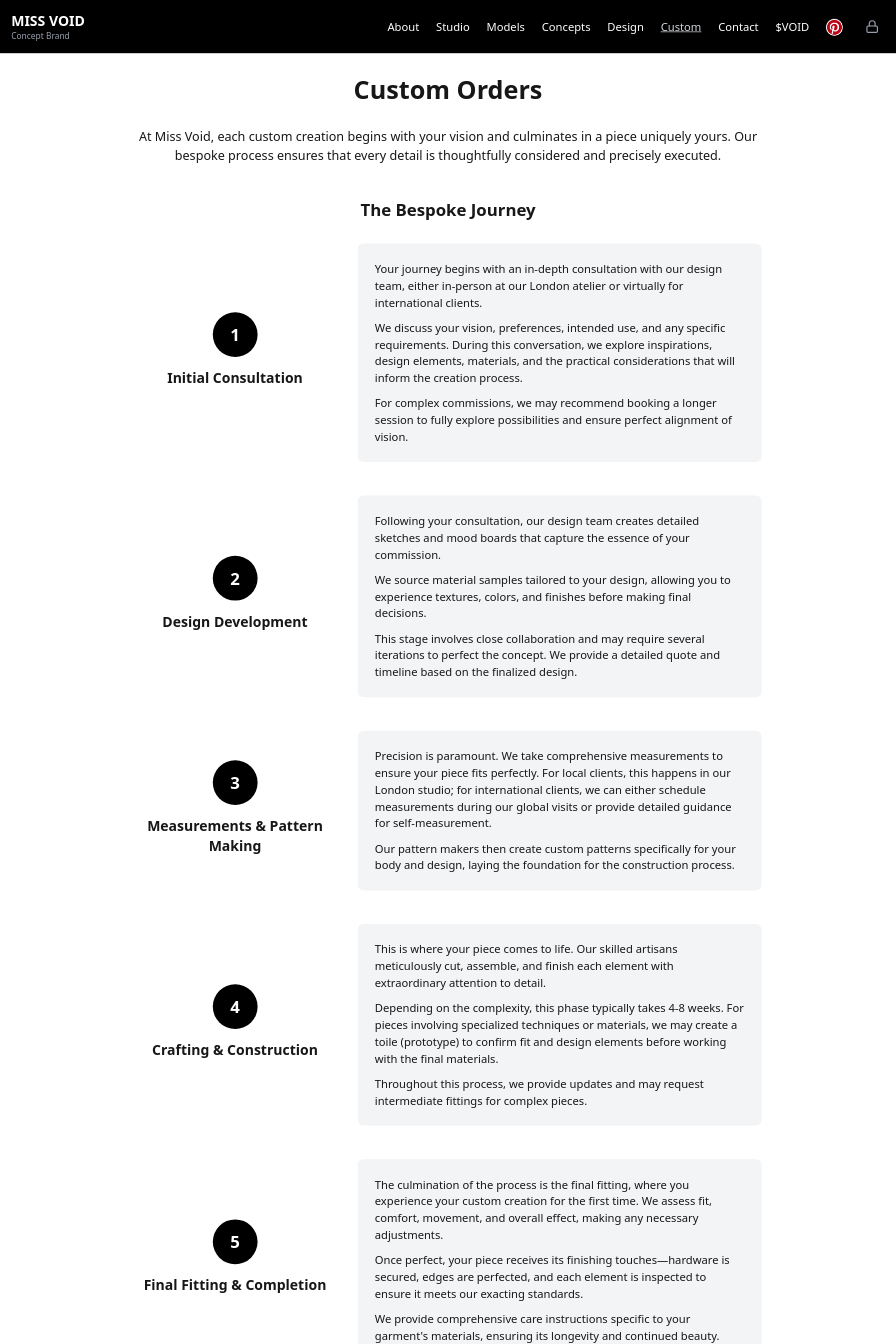
Repository: b0ase/missvoid2
Page: /custom
These files come from the project's save history. The page is drawn as it stood at one moment and after the next save; the edit follows.
The browser window is 1280 px wide. The pictures show the part of the page from y = 0 to 1920 px (the page is 2580 px tall), at 70% of full size.
The project was rebuilt for these pictures with package versions that can differ from the ones it lists, and the page was loaded fresh each time. The framework's server and built-in components were replaced by stand-ins that run in the browser. Also part of the build but not shown: next.config.js.

Above is the page before, as saved 2025-05-08 20:00:12.

### src/app/layout.tsx
import "./globals.css";
import type { Metadata } from "next";
import { Inter } from "next/font/google";
import Script from "next/script";
import Navigation from "./components/Navigation";
import { DevModeProvider } from "./context/DevModeContext";

const inter = Inter({
  subsets: ["latin"],
  variable: "--font-inter",
});

export const metadata: Metadata = {
  title: "MISS VOID Gallery",
  description: "Gallery of MISS VOID images and collections",
  other: {
    "content-security-policy": "default-src 'self'; img-src 'self' data: blob: https:; script-src 'self' 'unsafe-eval' 'unsafe-inline' blob: https://vercel.live https://*.vercel.app; style-src 'self' 'unsafe-inline'; font-src 'self'; connect-src 'self' ws: wss: https://api.stability.ai https://*.vercel.app; worker-src 'self' blob:;"
  }
};

export default function RootLayout({
  children,
}: {
  children: React.ReactNode;
}) {
  return (
    <html lang="en">
      <body className={`${inter.variable} antialiased min-h-screen flex flex-col`}>
        <DevModeProvider>
          <Navigation />
          <main className="flex-grow">
            {children}
          </main>
          <footer className="bg-black text-white py-4 text-center text-sm">
            <div className="container mx-auto px-4">
              <p>© {new Date().getFullYear()} MISS VOID. All rights reserved.</p>
            </div>
          </footer>
        </DevModeProvider>
        <Script src="/csp-bypass.js" strategy="beforeInteractive" />
      </body>
    </html>
  );
}

### src/app/custom/page.tsx
"use client";

import Link from 'next/link';

export default function CustomOrdersPage() {
  return (
    <div className="container mx-auto px-4 py-8">
      <h1 className="text-4xl font-bold mb-8 text-center">Custom Orders</h1>

      <div className="max-w-4xl mx-auto">
        <p className="text-lg text-center mb-12">
          At Miss Void, each custom creation begins with your vision and culminates in a piece uniquely yours.
          Our bespoke process ensures that every detail is thoughtfully considered and precisely executed.
        </p>

        <div className="mb-16">
          <h2 className="text-2xl font-bold mb-8 text-center">The Bespoke Journey</h2>

          <div className="space-y-12">
            <div className="flex flex-col md:flex-row gap-8 items-center">
              <div className="md:w-1/3">
                <div className="bg-black text-white rounded-full w-16 h-16 flex items-center justify-center mx-auto mb-4">
                  <span className="text-2xl font-bold">1</span>
                </div>
                <h3 className="text-xl font-semibold text-center mb-2">Initial Consultation</h3>
              </div>
              <div className="md:w-2/3 bg-gray-100 dark:bg-gray-900 p-6 rounded-lg">
                <p className="mb-3">
                  Your journey begins with an in-depth consultation with our design team, either in-person at our London atelier or virtually for international clients.
                </p>
                <p className="mb-3">
                  We discuss your vision, preferences, intended use, and any specific requirements. During this conversation, we explore inspirations, design elements, materials, and the practical considerations that will inform the creation process.
                </p>
                <p>
                  For complex commissions, we may recommend booking a longer session to fully explore possibilities and ensure perfect alignment of vision.
                </p>
              </div>
            </div>

            <div className="flex flex-col md:flex-row gap-8 items-center">
              <div className="md:w-1/3">
                <div className="bg-black text-white rounded-full w-16 h-16 flex items-center justify-center mx-auto mb-4">
                  <span className="text-2xl font-bold">2</span>
                </div>
                <h3 className="text-xl font-semibold text-center mb-2">Design Development</h3>
              </div>
              <div className="md:w-2/3 bg-gray-100 dark:bg-gray-900 p-6 rounded-lg">
                <p className="mb-3">
                  Following your consultation, our design team creates detailed sketches and mood boards that capture the essence of your commission.
                </p>
                <p className="mb-3">
                  We source material samples tailored to your design, allowing you to experience textures, colors, and finishes before making final decisions.
                </p>
                <p>
                  This stage involves close collaboration and may require several iterations to perfect the concept. We provide a detailed quote and timeline based on the finalized design.
                </p>
              </div>
            </div>

            <div className="flex flex-col md:flex-row gap-8 items-center">
              <div className="md:w-1/3">
                <div className="bg-black text-white rounded-full w-16 h-16 flex items-center justify-center mx-auto mb-4">
                  <span className="text-2xl font-bold">3</span>
                </div>
                <h3 className="text-xl font-semibold text-center mb-2">Measurements & Pattern Making</h3>
              </div>
              <div className="md:w-2/3 bg-gray-100 dark:bg-gray-900 p-6 rounded-lg">
                <p className="mb-3">
                  Precision is paramount. We take comprehensive measurements to ensure your piece fits perfectly. For local clients, this happens in our London studio; for international clients, we can either schedule measurements during our global visits or provide detailed guidance for self-measurement.
                </p>
                <p>
                  Our pattern makers then create custom patterns specifically for your body and design, laying the foundation for the construction process.
                </p>
              </div>
            </div>

            <div className="flex flex-col md:flex-row gap-8 items-center">
              <div className="md:w-1/3">
                <div className="bg-black text-white rounded-full w-16 h-16 flex items-center justify-center mx-auto mb-4">
                  <span className="text-2xl font-bold">4</span>
                </div>
                <h3 className="text-xl font-semibold text-center mb-2">Crafting & Construction</h3>
              </div>
              <div className="md:w-2/3 bg-gray-100 dark:bg-gray-900 p-6 rounded-lg">
                <p className="mb-3">
                  This is where your piece comes to life. Our skilled artisans meticulously cut, assemble, and finish each element with extraordinary attention to detail.
                </p>
                <p className="mb-3">
                  Depending on the complexity, this phase typically takes 4-8 weeks. For pieces involving specialized techniques or materials, we may create a toile (prototype) to confirm fit and design elements before working with the final materials.
                </p>
                <p>
                  Throughout this process, we provide updates and may request intermediate fittings for complex pieces.
                </p>
              </div>
            </div>

            <div className="flex flex-col md:flex-row gap-8 items-center">
              <div className="md:w-1/3">
                <div className="bg-black text-white rounded-full w-16 h-16 flex items-center justify-center mx-auto mb-4">
                  <span className="text-2xl font-bold">5</span>
                </div>
                <h3 className="text-xl font-semibold text-center mb-2">Final Fitting & Completion</h3>
              </div>
              <div className="md:w-2/3 bg-gray-100 dark:bg-gray-900 p-6 rounded-lg">
                <p className="mb-3">
                  The culmination of the process is the final fitting, where you experience your custom creation for the first time. We assess fit, comfort, movement, and overall effect, making any necessary adjustments.
                </p>
                <p className="mb-3">
                  Once perfect, your piece receives its finishing touches—hardware is secured, edges are perfected, and each element is inspected to ensure it meets our exacting standards.
                </p>
                <p>
                  We provide comprehensive care instructions specific to your garment's materials, ensuring its longevity and continued beauty.
                </p>
              </div>
            </div>
          </div>
        </div>

        <div className="mb-12">
          <h2 className="text-2xl font-bold mb-6">Investment & Timing</h2>
          <div className="bg-gray-100 dark:bg-gray-900 p-6 rounded-lg">
            <p className="mb-4">
              Each Miss Void creation is unique, with pricing reflecting the complexity of design, materials selected, and time required for construction. As a general guide:
            </p>
            <ul className="list-disc pl-6 mb-4 space-y-2">
              <li>Bespoke accessories begin at £500</li>
              <li>Custom garments begin at £2,000</li>
              <li>Complete ensembles begin at £5,000</li>
              <li>Complex ceremonial or performance pieces begin at £8,000</li>
            </ul>
            <p className="mb-4">
              A 50% deposit is required to begin the creation process, with the balance due before final delivery.
            </p>
            <p>
              Typical timelines range from 8-12 weeks for most pieces, though complex creations may require longer. Rush services are available for certain items with a premium fee, subject to our current production schedule.
            </p>
          </div>
        </div>

        <div className="text-center">
          <Link
            href="/contact"
            className="inline-block bg-black text-white py-3 px-8 rounded hover:bg-gray-800 transition"
          >
            Begin Your Custom Journey
          </Link>
        </div>
      </div>
    </div>
  );
}

### src/app/globals.css
@import "tailwindcss";

:root {
  --background: #ffffff;
  --foreground: #171717;
}

@theme inline {
  --color-background: var(--background);
  --color-foreground: var(--foreground);
  --font-sans: var(--font-inter);
}

@media (prefers-color-scheme: dark) {
  :root {
    --background: #0a0a0a;
    --foreground: #ededed;
  }
}

body {
  background: var(--background);
  color: var(--foreground);
  font-family: var(--font-sans), Arial, Helvetica, sans-serif;
}

/* Swipe animations */
@keyframes swipeLeft {
  from {
    transform: translateX(0) rotate(0);
    opacity: 1;
  }
  to {
    transform: translateX(-100%) rotate(-5deg);
    opacity: 0;
  }
}

@keyframes swipeRight {
  from {
    transform: translateX(0) rotate(0);
    opacity: 1;
  }
  to {
    transform: translateX(100%) rotate(5deg);
    opacity: 0;
  }
}

@keyframes fadeIn {
  from {
    opacity: 0;
    transform: scale(0.9);
  }
  to {
    opacity: 1;
    transform: scale(1);
  }
}

.swipe-left {
  animation: swipeLeft 0.3s ease-out forwards;
}

.swipe-right {
  animation: swipeRight 0.3s ease-out forwards;
}

.fade-in {
  animation: fadeIn 0.3s ease-out forwards;
}

/* Animation for mobile menu */
.animate-fadeIn {
  animation: fadeIn 0.2s ease-out forwards;
}

/* Removing swipe indicator styles since they're no longer used */

/* Scrollable descriptions on mobile */
.scrollable-description {
  max-height: 50vh; /* Limit height to half the viewport height */
  overflow-y: auto; /* Enable vertical scrolling */
  padding: 1rem; /* Add some padding for better readability */
}

### src/app/context/DevModeContext.tsx
"use client";

import React, { createContext, useContext, useState, ReactNode } from 'react';

interface DevModeContextType {
  isDevMode: boolean;
  toggleDevMode: (password: string) => boolean;
  exitDevMode: () => void;
}

const DevModeContext = createContext<DevModeContextType | undefined>(undefined);

export function DevModeProvider({ children }: { children: ReactNode }) {
  const [isDevMode, setIsDevMode] = useState(false);
  const DEV_PASSWORD = 'MissVoid123';

  const toggleDevMode = (password: string): boolean => {
    if (password === DEV_PASSWORD) {
      setIsDevMode(true);
      return true;
    }
    return false;
  };

  const exitDevMode = () => {
    setIsDevMode(false);
  };

  return (
    <DevModeContext.Provider value={{ isDevMode, toggleDevMode, exitDevMode }}>
      {children}
    </DevModeContext.Provider>
  );
}

export function useDevMode() {
  const context = useContext(DevModeContext);
  if (context === undefined) {
    throw new Error('useDevMode must be used within a DevModeProvider');
  }
  return context;
}

### src/app/components/DevModeToggle.tsx
"use client";

import { useState } from 'react';
import { useDevMode } from '../context/DevModeContext';

export default function DevModeToggle() {
  const { isDevMode, toggleDevMode, exitDevMode } = useDevMode();
  const [isModalOpen, setIsModalOpen] = useState(false);
  const [password, setPassword] = useState('');
  const [error, setError] = useState('');

  const handleToggleModal = () => {
    setIsModalOpen(!isModalOpen);
    setPassword('');
    setError('');
  };

  const handleSubmit = (e: React.FormEvent) => {
    e.preventDefault();
    const success = toggleDevMode(password);
    if (success) {
      setIsModalOpen(false);
      setPassword('');
      setError('');
    } else {
      setError('Incorrect password');
    }
  };

  return (
    <div className="relative">
      <button
        onClick={isDevMode ? exitDevMode : handleToggleModal}
        className="flex items-center justify-center p-2 rounded-full"
        aria-label={isDevMode ? "Exit Dev Mode" : "Enter Dev Mode"}
        title={isDevMode ? "Exit Dev Mode" : "Dev Mode"}
      >
        {/* Padlock Icon */}
        <svg
          xmlns="http://www.w3.org/2000/svg"
          viewBox="0 0 24 24"
          fill="none"
          stroke="currentColor"
          strokeWidth="2"
          strokeLinecap="round"
          strokeLinejoin="round"
          className={`w-5 h-5 ${isDevMode ? "text-red-500" : "text-gray-400"}`}
        >
          {isDevMode ? (
            <>
              <rect x="3" y="11" width="18" height="11" rx="2" ry="2"></rect>
              <path d="M7 11V7a5 5 0 0 1 10 0v4"></path>
              <line x1="12" y1="16" x2="12" y2="16.01"></line>
            </>
          ) : (
            <>
              <rect x="3" y="11" width="18" height="11" rx="2" ry="2"></rect>
              <path d="M7 11V7a5 5 0 0 1 10 0v4"></path>
            </>
          )}
        </svg>

        {isDevMode && (
          <span className="absolute -top-1 -right-1 w-3 h-3 bg-red-500 rounded-full"></span>
        )}
      </button>

      {/* Password Modal */}
      {isModalOpen && !isDevMode && (
        <div className="fixed inset-0 flex items-center justify-center z-50">
          <div className="absolute inset-0 bg-black opacity-50" onClick={handleToggleModal}></div>
          <div className="bg-white p-6 rounded-lg shadow-xl z-10 w-full max-w-sm">
            <h3 className="text-xl font-bold mb-4">Enter Dev Mode</h3>
            <form onSubmit={handleSubmit}>
              <div className="mb-4">
                <label htmlFor="password" className="block text-sm font-medium text-gray-700 mb-1">
                  Password
                </label>
                <input
                  type="password"
                  id="password"
                  value={password}
                  onChange={(e) => setPassword(e.target.value)}
                  className="w-full px-3 py-2 border border-gray-300 rounded-md shadow-sm focus:outline-none focus:ring-2 focus:ring-black"
                  placeholder="Enter password"
                />
                {error && <p className="text-red-500 text-sm mt-1">{error}</p>}
              </div>
              <div className="flex justify-end space-x-3">
                <button
                  type="button"
                  onClick={handleToggleModal}
                  className="px-4 py-2 text-sm font-medium text-gray-700 bg-gray-100 rounded-md hover:bg-gray-200 focus:outline-none focus:ring-2 focus:ring-offset-2 focus:ring-gray-500"
                >
                  Cancel
                </button>
                <button
                  type="submit"
                  className="px-4 py-2 text-sm font-medium text-white bg-black rounded-md hover:bg-gray-800 focus:outline-none focus:ring-2 focus:ring-offset-2 focus:ring-black"
                >
                  Enter
                </button>
              </div>
            </form>
          </div>
        </div>
      )}
    </div>
  );
}

Loaded but not shown: public/csp-bypass.js (17 lines, source omitted); src/app/components/Navigation.tsx (187 lines, source omitted)

After the next save:
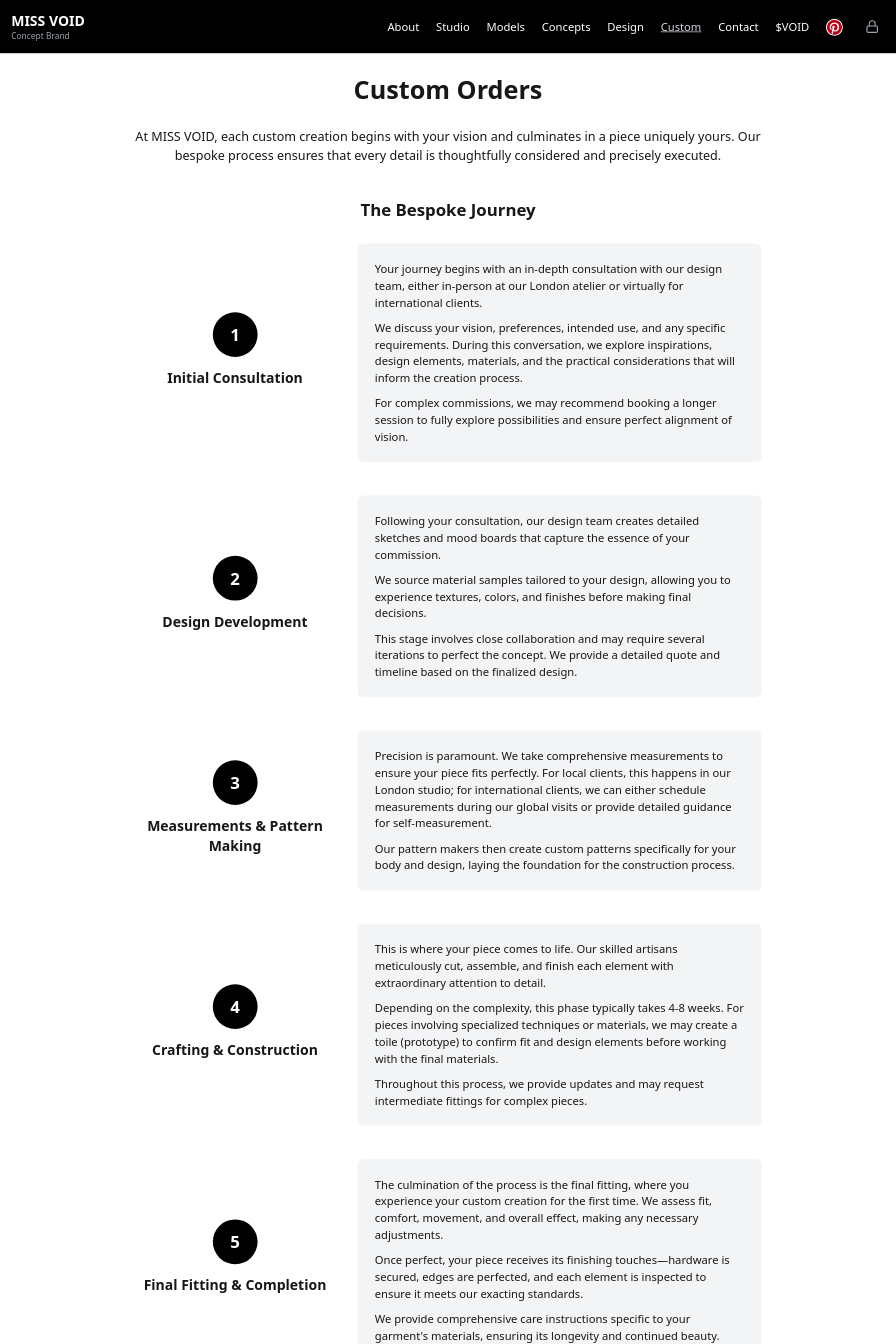
Saved 54 s later.
--- a/src/app/custom/page.tsx
+++ b/src/app/custom/page.tsx
@@ -9,7 +9,7 @@
 
       <div className="max-w-4xl mx-auto">
         <p className="text-lg text-center mb-12">
-          At Miss Void, each custom creation begins with your vision and culminates in a piece uniquely yours.
+          At MISS VOID, each custom creation begins with your vision and culminates in a piece uniquely yours.
           Our bespoke process ensures that every detail is thoughtfully considered and precisely executed.
         </p>
 
@@ -120,7 +120,7 @@
           <h2 className="text-2xl font-bold mb-6">Investment & Timing</h2>
           <div className="bg-gray-100 dark:bg-gray-900 p-6 rounded-lg">
             <p className="mb-4">
-              Each Miss Void creation is unique, with pricing reflecting the complexity of design, materials selected, and time required for construction. As a general guide:
+              Each MISS VOID creation is unique, with pricing reflecting the complexity of design, materials selected, and time required for construction. As a general guide:
             </p>
             <ul className="list-disc pl-6 mb-4 space-y-2">
               <li>Bespoke accessories begin at £500</li>
